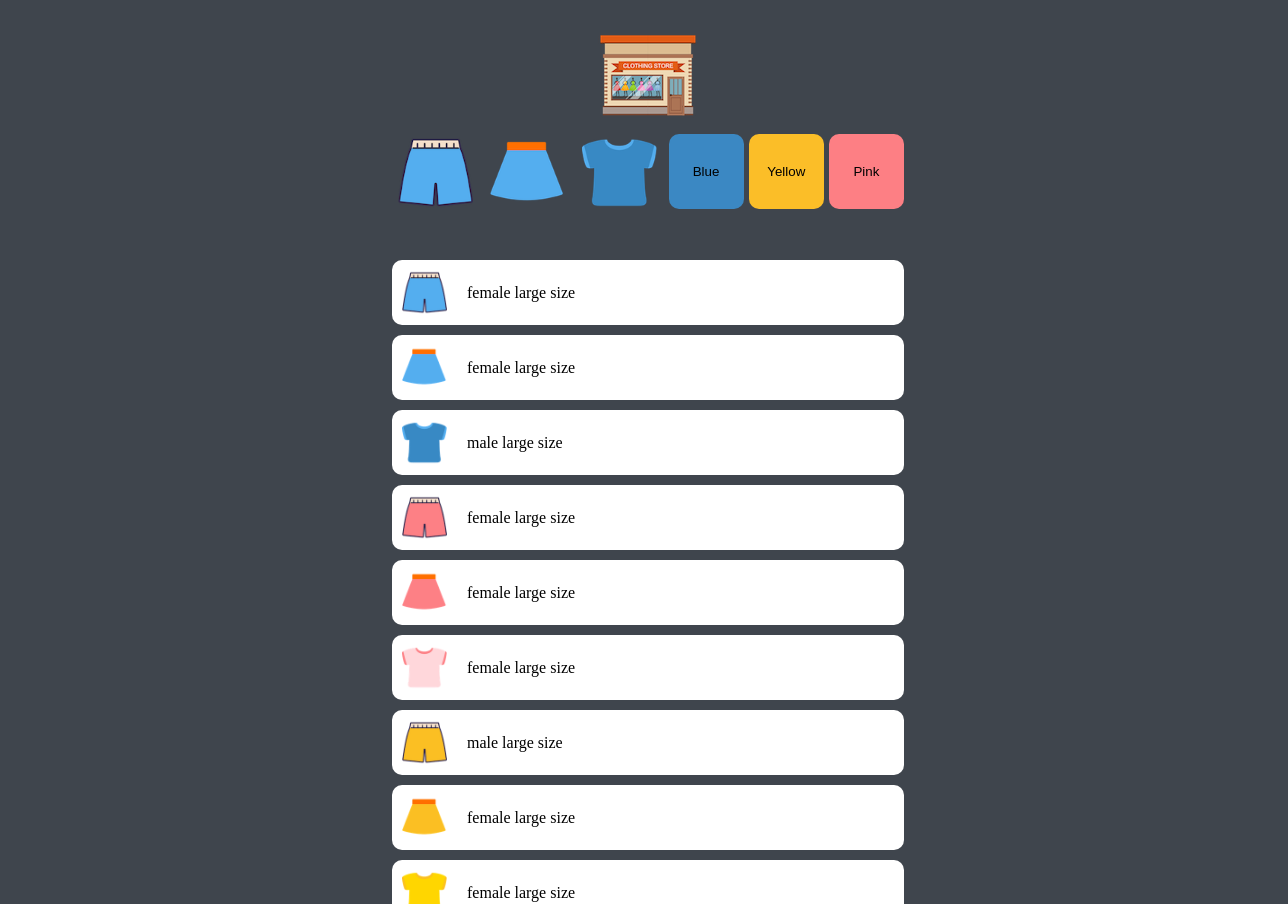
Repository: Jay-JYKim91/elle-shopping-mall
Page: index.html
These files come from the project's save history. The page is drawn as it stood at one moment and after the next save; the edit follows.
The browser window is 1280 px wide. The page is 1288 px wide, so the pictures cover 1288 px, including what lies to the right of the window. The pictures show the whole page.

Above is the page before, as saved 2021-07-28 20:31:38.

After the next save:
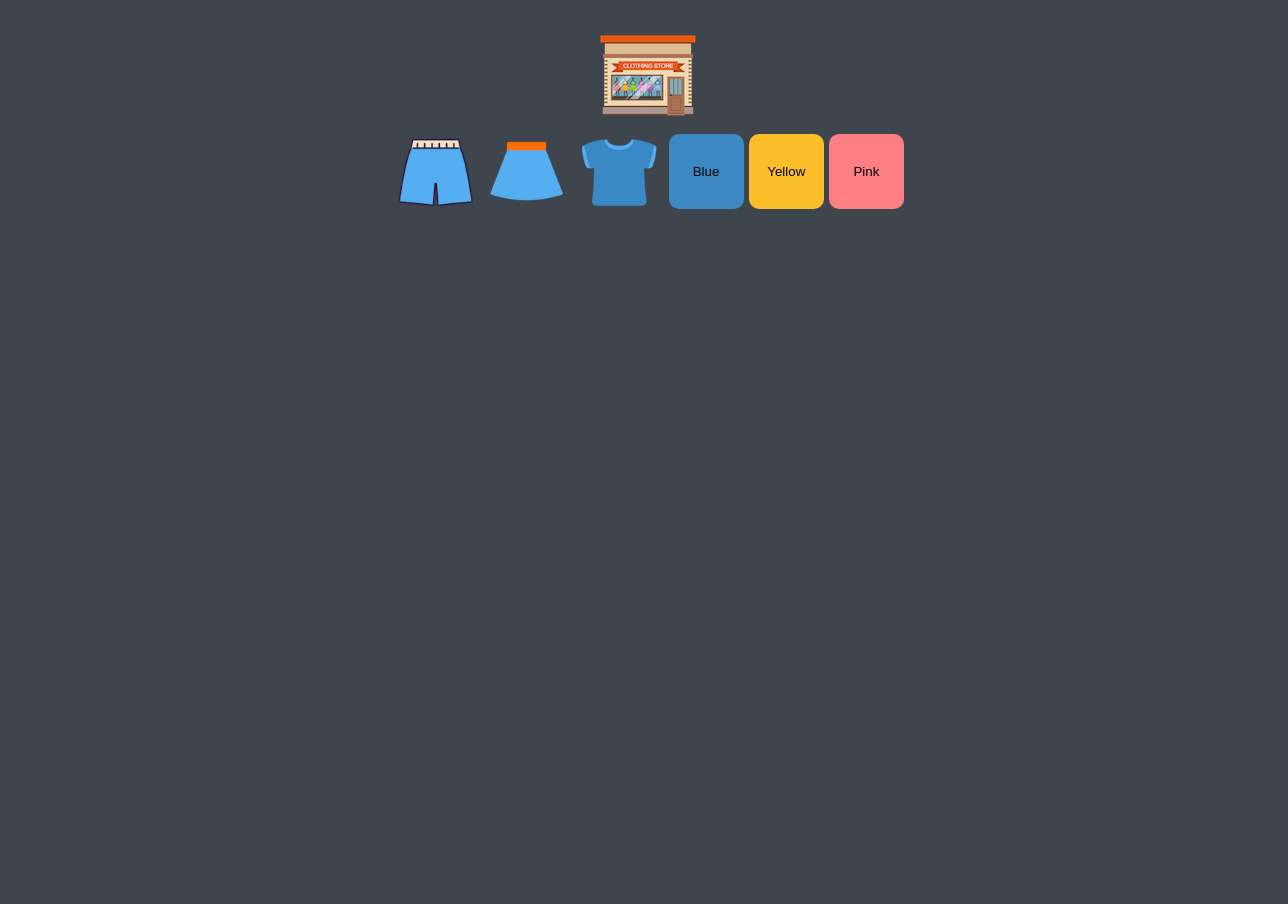
Saved 58 s later.
--- a/src/main.js
+++ b/src/main.js
@@ -44,40 +44,40 @@ function onBtnClick(event, items) {
         return;
     }
 
-    // const filtered = items.filter(item => item[key] === value);
-    // displayItems(filtered);
-    updateItems(items, key, value);
+    const filtered = items.filter(item => item[key] === value);
+    displayItems(filtered);
+    //updateItems(items, key, value);
 }
 
 
 
-function updateItems(items, key, value) {
+// function updateItems(items, key, value) {
 
-    items.forEach(item => {
-        if (item[key] === value) {
-            console.log(list);
-            list.classList.remove('invisible');
-        } else {
-            console.log(list);
-            list.classList.add('invisible');
-        }
-    })
+//     items.forEach(item => {
+//         if (item[key] === value) {
+//             console.log(list);
+//             list.classList.remove('invisible');
+//         } else {
+//             console.log(list);
+//             list.classList.add('invisible');
+//         }
+//     })
+// }
+function setEventListeners(items) {
+    const logo = document.querySelector('.logo');
+    const btns = document.querySelector('.options');
+    logo.addEventListener('click', ()=> displayItems(items));
+    btns.addEventListener('click', event => onBtnClick(event, items));
 }
-// function setEventListeners(items) {
-//     const logo = document.querySelector('.logo');
-//     const btns = document.querySelector('.options');
-//     logo.addEventListener('click', ()=> displayItems(items));
-//     btns.addEventListener('click', event => onBtnClick(event, items));
-// }
 
 loadItems()
 .then(items => {
-    const list = items.map(createElement);
-    const lists = document.querySelector('.lists');
-    lists.append(...list);
-    const btns = document.querySelector('.options');
-    btns.addEventListener('click', event => onBtnClick(event, list));
-    // displayItems(items);
-    // setEventListeners(items);
+    // const list = items.map(createElement);
+    // const lists = document.querySelector('.lists');
+    // lists.append(...list);
+    // const btns = document.querySelector('.options');
+    // btns.addEventListener('click', event => onBtnClick(event, list));
+    displayItems(items);
+    setEventListeners(items);
 })
 .catch(console.log);
